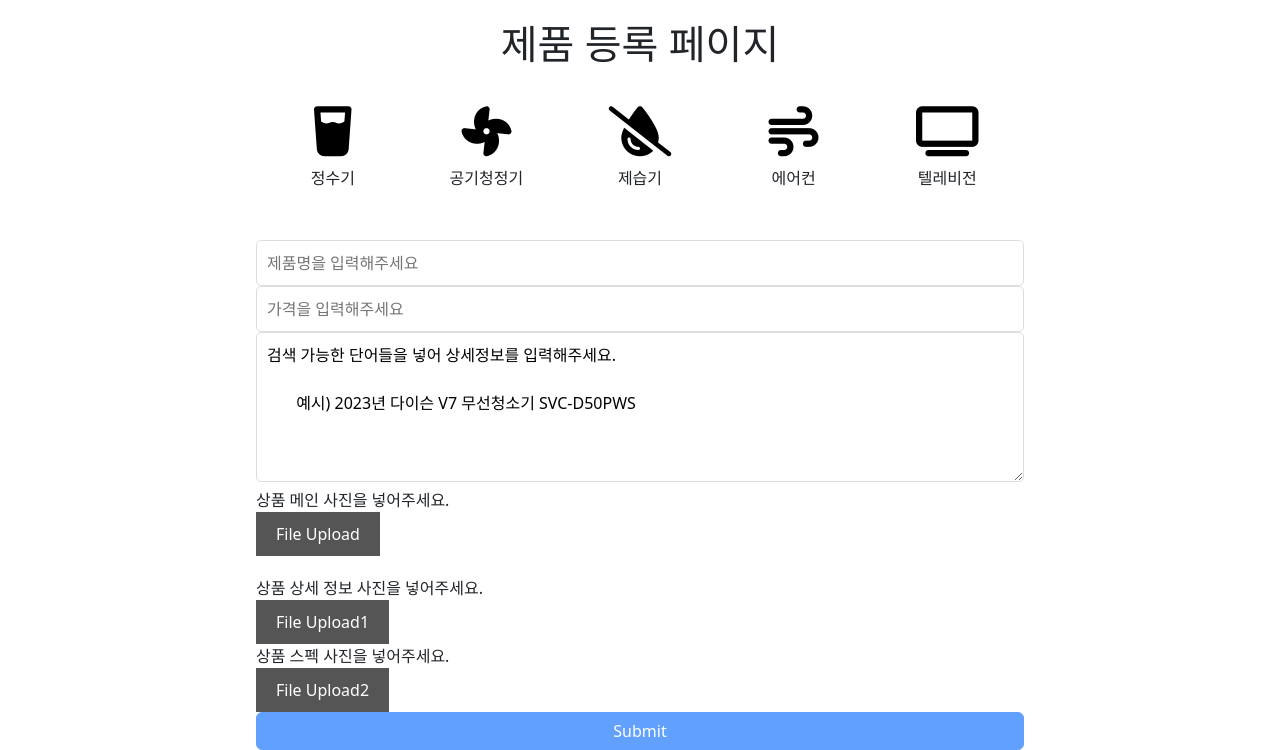
Repository: bbqju13/52si
Page: http://localhost/spring/WEB-INF/views/product/register.jsp
The author's editor kept a copy of each file at every save. The page is drawn from the files as they stood at one save, then again after the next save.
The browser window is 1280 px wide. The pictures show the whole page.
Some web libraries are served in a nearby version. The page is served by Tomcat 9. Nobody is signed in. Other server files are loaded and not shown. The template is opened directly, without the code that normally fills it, so the values that code supplies are empty.

Above is the page before, as saved 2023-07-28 04:43:09.

### spring/src/main/webapp/WEB-INF/views/product/register.jsp
<%@ page language="java" contentType="text/html; charset=UTF-8"
    pageEncoding="UTF-8"%>
<%@ taglib uri="http://java.sun.com/jsp/jstl/core" prefix="c" %>
<!DOCTYPE html>
<html>
<head>
<meta charset="UTF-8">
<title>Product Register Page</title>
<link rel="stylesheet" href="/resources/css/product/register.css">
<script src="https://kit.fontawesome.com/e927512ef5.js" crossorigin="anonymous"></script>
<link href="https://cdn.jsdelivr.net/npm/bootstrap@5.3.1/dist/css/bootstrap.min.css" rel="stylesheet" integrity="sha384-4bw+/aepP/YC94hEpVNVgiZdgIC5+VKNBQNGCHeKRQN+PtmoHDEXuppvnDJzQIu9" crossorigin="anonymous">
<script src="https://cdn.jsdelivr.net/npm/bootstrap@5.3.1/dist/js/bootstrap.bundle.min.js" integrity="sha384-HwwvtgBNo3bZJJLYd8oVXjrBZt8cqVSpeBNS5n7C8IVInixGAoxmnlMuBnhbgrkm" crossorigin="anonymous"></script>
</head>
<body>
	<h1>제품 등록 페이지</h1>
	 <form action="/product/register" method="post" id="registerForm" class="was-validated" enctype="multipart/form-data">
        <div id="productDiv">
            <ul>
                <li class="product" data-value="정수기">
                    <div>
                        <i class="fa-solid fa-glass-water" style="color: #000000;"></i>
                        <div class="product-name">정수기</div>
                    </div>
                </li>
                <li class="product" data-value="공기청정기">
                    <div>
                        <i class="fa-solid fa-fan" style="color: #000000;"></i>
                        <div class="product-name">공기청정기</div>
                    </div>
                </li>
                <li class="product" data-value="제습기">
                    <div>
                        <i class="fa-solid fa-droplet-slash" style="color: #000000;"></i>
                        <div class="product-name">제습기</div>
                    </div>
                </li>
                <li class="product" data-value="에어컨">
                    <div>
                        <i class="fa-solid fa-wind" style="color: #000000;"></i>
                        <div class="product-name">에어컨</div>
                    </div>
                </li>
                <li class="product" data-value="텔레비전">
                    <div>
                        <i class="fa-solid fa-tv" style="color: #000000;"></i>
                        <div class="product-name">텔레비전</div>
                    </div>
                </li>
            </ul>
        </div>
        <input type="hidden" name="type_a" id="mySelection">
        <p id="type_aError" style="color: red; display: none;">제품 카테고리를 입력해주세요.</p>
       <br>
       <input name="pname" placeholder="제품명을 입력해주세요"> <br>
       <p id="pnameError" style="color: red; display: none;">제품명을 입력해주세요.</p>
       <input id="priceInput" name="price" placeholder="가격을 입력해주세요"> <br>
       <p id="priceError" style="color: red; display: none;">숫자만 입력해주세요.</p>
       <textarea name="content" cols="50" rows="10">검색 가능한 단어들을 넣어 상세정보를 입력해주세요.&#10;
       예시) 2023년 다이슨 V7 무선청소기 SVC-D50PWS
       </textarea> <br>
       상품 메인 사진을 넣어주세요.<input type="file" id="files" name="files" style="display: none" class="form-control" aria-label="file example" required> <br>
       <button type="button" id="trigger">File Upload</button> <br>
       <div id="fileZone">

       </div>
       상품 상세 정보 사진을 넣어주세요.<input type="file" id="files1" name="files" style="display: none" class="form-control" aria-label="file example" required> <br>
       <button type="button" id="trigger1">File Upload1</button> <br>
       <div id="fileZone1">

       </div>

       상품 스펙 사진을 넣어주세요.<input type="file" id="files2" name="files" style="display: none" class="form-control" aria-label="file example" required> <br>
       <button type="button" id="trigger2">File Upload2</button> <br>
       <div id="fileZone2">

       </div>

       <button onclick="validateButton(event)" id="regBtn" class="btn btn-primary" type="submit" disabled>Submit</button>
    </form>

	<script type="text/javascript" src="/resources/js/product/productRegister.js"></script>
	<script type="text/javascript">
	    const thereis = `<c:out value="${thereis}"/>`;
	    console.log(thereis);
	    if (thereis === "1") {
	        alert("같은 상품명이 존재합니다. 다시 입력해주세요.");
	        document.getElementById("registerForm").addEventListener("submit", function(e) {
	        });
	    }
</script>
</body>
</html>

### spring/src/main/webapp/resources/css/product/register.css
body {
    font-family: 'Helvetica Neue', Helvetica, Arial, sans-serif;
    background-color: #fff;
    color: #333;
    margin: 0;
    padding: 0;
}

h1 {
    text-align: center;
    padding: 20px 0;
}

form {
    width: 60%;
    margin: 0 auto;
}

input, textarea {
    width: 100%;
    margin: 10px;
    padding: 10px;
    font-size: 0.8em;
    border-radius: 5px;
    border: 1px solid #ddd;
}

textarea {
    height: 150px;
}

li {
    list-style-type: none;
    flex: 1;
    text-align: center;
    padding: 10px;
    box-sizing: border-box;
    margin: 0 5px;
}

ul {
    display: flex;
    justify-content: space-between;
    cursor: pointer;
    padding-left: 0px !important;
    margin-bottom: 30px;
}

.product-clicked {
    background-color: rgba(128, 128, 128, 0.5);
   	padding: 10px;
   	margin-top: -10px;
    border-radius: 5px;
    animation: pop 0.6s;
}
@keyframes pop {
    0% { transform: scale(1); }
    50% { transform: scale(1.2); }
    100% { transform: scale(1); }
}

i {
    font-size: 50px;
    display: block;
    margin-bottom: 10px;
}

button {
    background-color: #555;
    color: #fff;
    border: none;
    padding: 10px 20px;
    text-align: center;
    text-decoration: none;
    display: inline-block;
    font-size: 16px;
    margin: 4px 2px;
    cursor: pointer;
}

button:hover {
    background-color: #343638;
}

#regBtn {
    width: 100%;
}

#fileZone {
    margin-bottom: 20px;
}

.product-name {
	white-space:nowrap;
}

### spring/src/main/webapp/resources/js/product/productRegister.js
document.getElementById('trigger').addEventListener('click', () => {
    document.getElementById('files').click();
})

document.getElementById('trigger1').addEventListener('click', () => {
    document.getElementById('files1').click();
})

document.getElementById('trigger2').addEventListener('click', () => {
    document.getElementById('files2').click();
})

const regExp = new RegExp("\.(exe|sh|bat|msi|dll|js)$");
const regExpImg = new RegExp("\.(jpg|jpeg|png|gif|bmp)$");
const maxSize = 1024*1024*20;

function fileSizeValidation(fileName, fileSize) {
    if(regExp.test(fileName)) {
        return 0;
    } else if(fileSize > maxSize) {
        return 0;
    } else {
        return 1;
    }
}

document.addEventListener('change', (e) => {
    console.log(e.target);
    if(e.target.id=='files') {
        document.getElementById('regBtn').disabled=false;
        const fileObject = document.getElementById('files').files;
        console.log(fileObject);

        let div = document.getElementById('fileZone');
        div.innerHTML = '';
        let ul = `<ul>`;
        let isOk = 1;
        for(let file of fileObject) {
            console.log(file);
            let validResult = fileSizeValidation(file.name, file.size);
            isOk*=validResult;
            ul += `<li>`;
            ul += `${validResult ? '<div>업로드 가능':'<div>업로드 불가능'}</div>`;
            ul += `${file.name}`;
            ul += `<span class="badge rounded-pill text-bg-${validResult?'success':'danger'}">${file.size}Bytes</span></li>`;
        }
        ul += `</ul>`;
        div.innerHTML = ul;
        if(isOk==0) {
            document.getElementById('regBtn').disabled = true;
        }

    }
})

document.addEventListener('change', (e) => {
    console.log(e.target);
    if(e.target.id=='files1') {
        document.getElementById('regBtn').disabled=false;
        const fileObject = document.getElementById('files1').files;
        console.log(fileObject);

        let div1 = document.getElementById('fileZone1');
        div1.innerHTML = '';
        let ul = `<ul>`;
        let isOk = 1;
        for(let file of fileObject) {
            console.log(file);
            let validResult = fileSizeValidation(file.name, file.size);
            isOk*=validResult;
            ul += `<li>`;
            ul += `${validResult ? '<div>업로드 가능':'<div>업로드 불가능'}</div>`;
            ul += `${file.name}`;
            ul += `<span class="badge rounded-pill text-bg-${validResult?'success':'danger'}">${file.size}Bytes</span></li>`;
        }
        ul += `</ul>`;
        div1.innerHTML = ul;
        if(isOk==0) {
            document.getElementById('regBtn').disabled = true;
        }

    }
})

document.addEventListener('change', (e) => {
    console.log(e.target);
    if(e.target.id=='files2') {
        document.getElementById('regBtn').disabled=false;
        const fileObject = document.getElementById('files2').files;
        console.log(fileObject);

        let div1 = document.getElementById('fileZone2');
        div1.innerHTML = '';
        let ul = `<ul>`;
        let isOk = 1;
        for(let file of fileObject) {
            console.log(file);
            let validResult = fileSizeValidation(file.name, file.size);
            isOk*=validResult;
            ul += `<li>`;
            ul += `${validResult ? '<div>업로드 가능':'<div>업로드 불가능'}</div>`;
            ul += `${file.name}`;
            ul += `<span class="badge rounded-pill text-bg-${validResult?'success':'danger'}">${file.size}Bytes</span></li>`;
        }
        ul += `</ul>`;
        div1.innerHTML = ul;
        if(isOk==0) {
            document.getElementById('regBtn').disabled = true;
        }

    }
})

window.onload = function(){
    var products = document.querySelectorAll('.product');
    products.forEach(function(product){
        product.addEventListener('click', function(e){
            // remove product-clicked from all products
            products.forEach(function(prod){
                prod.firstElementChild.classList.remove('product-clicked');
            });

            // add product-clicked to the clicked product
            e.currentTarget.firstElementChild.classList.add('product-clicked');

            // update the hidden input with the data-value of the clicked product
            document.getElementById('mySelection').value = e.currentTarget.dataset.value;
        });
    });
}

function validateButton(event) {
    var type_aInput = document.querySelector('input[name="type_a"]');
    var type_aError = document.getElementById("type_aError");
    var pnameInput = document.querySelector('input[name="pname"]');
    var pnameError = document.getElementById("pnameError");
    var priceInput = document.querySelector('input[name="price"]');
    var priceError = document.getElementById("priceError");
    var contentTextarea = document.querySelector('textarea[name="content"]');
    var isFormValid = true; // 폼 유효성 검사 결과
    console.log(isFormValid);

    if (type_aInput.value.trim() === "") {
        isFormValid = false;
        type_aError.style.display = "block";
    } else {
        type_aError.style.display = "none";
    }

    if (pnameInput.value.trim() === "") {
        isFormValid = false;
        pnameError.style.display = "block";
    } else {
        pnameError.style.display = "none";
    }

    if (priceInput.value.trim() === "" || isNaN(priceInput.value)) {
        isFormValid = false;
        priceError.style.display = "block";
    } else {
        priceError.style.display = "none";
    }

    if (contentTextarea.value.trim() === "") {
        isFormValid = false;
    }

    console.log(isFormValid);
    // 폼 전송 막기
    if (!isFormValid) {
        event.preventDefault();
    }
}

After the next save:
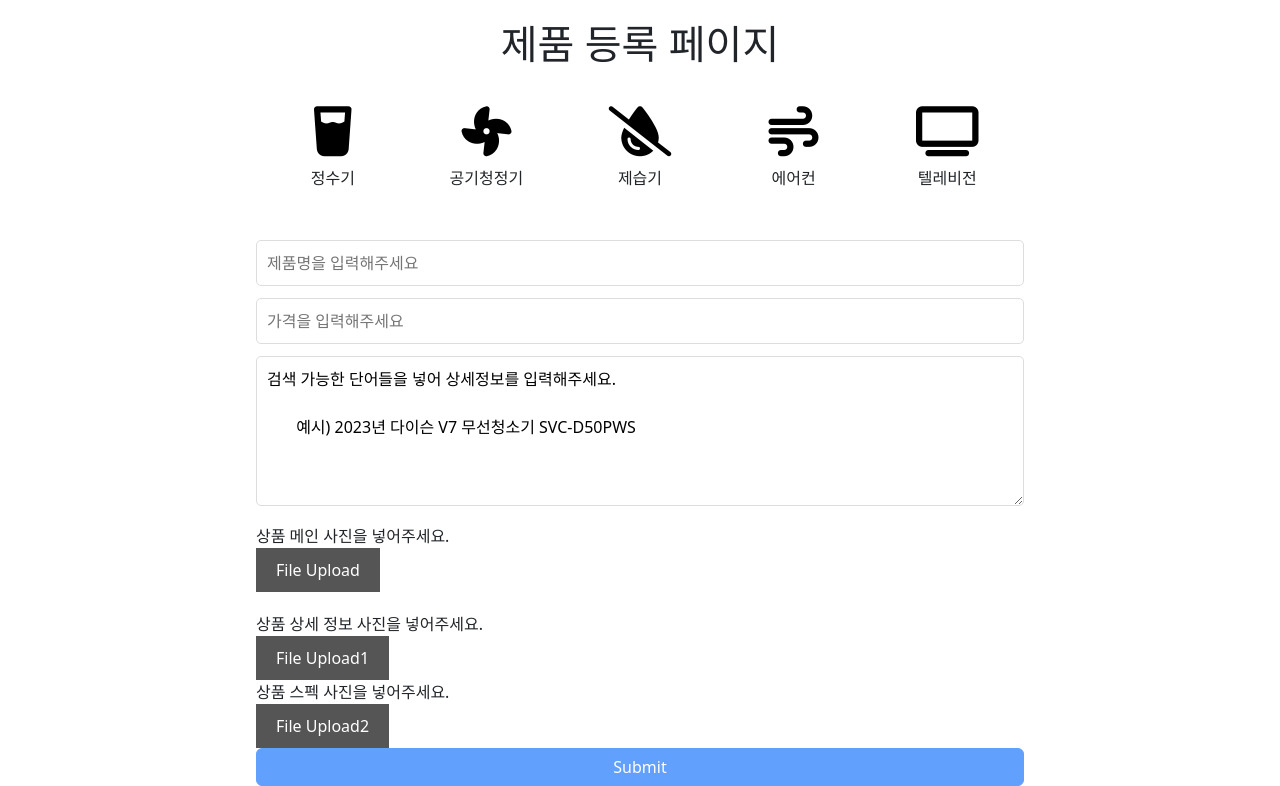
Saved 78 s later.
--- a/spring/src/main/webapp/resources/css/product/register.css
+++ b/spring/src/main/webapp/resources/css/product/register.css
@@ -23,6 +23,7 @@ input, textarea {
     font-size: 0.8em;
     border-radius: 5px;
     border: 1px solid #ddd;
+    margin-bottom: 12px !important;
 }
 
 textarea {
